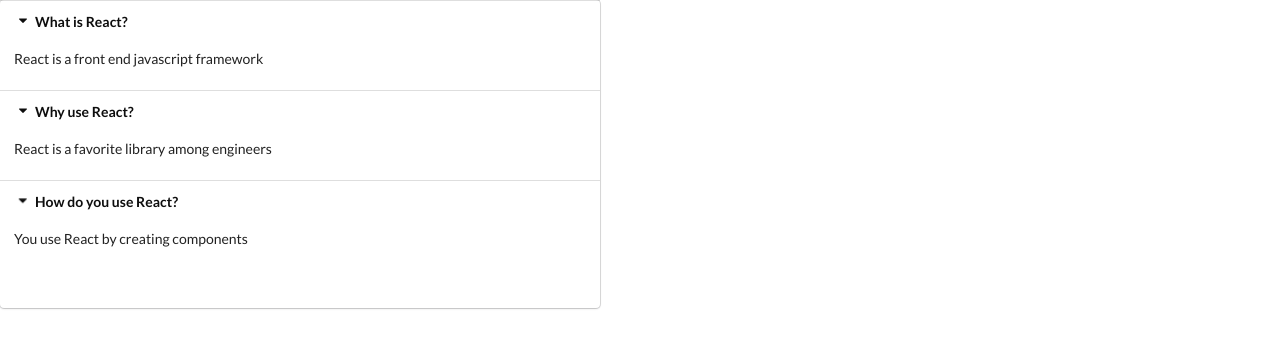
Repository: EgorSherstnev/widgets
Page: /
These files come from the project's save history. The page is drawn as it stood at one moment and after the next save; the edit follows.
The browser window is 1280 px wide. The pictures show the whole page.
Some web libraries are served in a nearby version. The project was rebuilt for these pictures with package versions that can differ from the ones it lists, and the page was loaded fresh each time.

Above is the page before, as saved 2022-10-24 23:23:19.

After the next save:
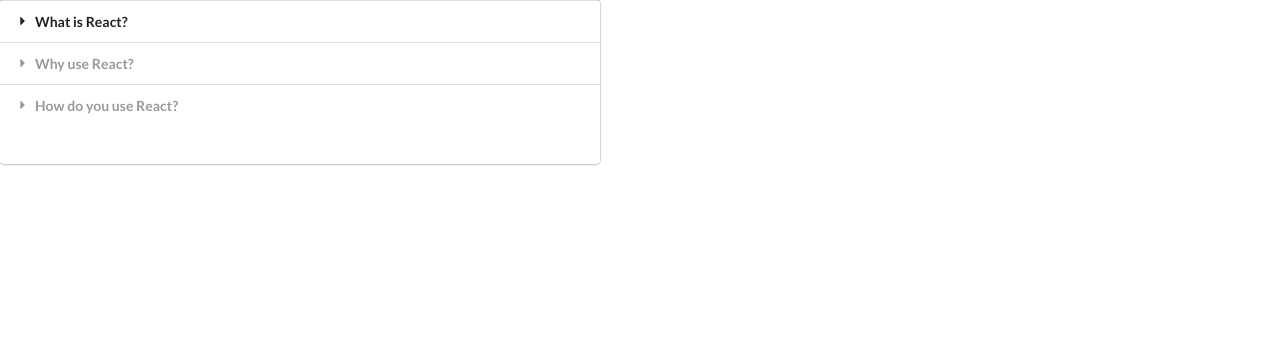
Saved 25 h 2 min later.
--- a/src/components/Accordion.js
+++ b/src/components/Accordion.js
@@ -11,13 +11,13 @@
         return (
             <div key={item.title}>
                 <div
-                    className="title active"
+                    className="title "
                     onClick={() => onTitleClick(index)}
                 >
                     <i className="dropdown icon"></i>
                     {item.title}
                 </div>
-                <div className="content active">
+                <div className="content ">
                     <p>{item.content}</p>
                 </div>
             </div>
